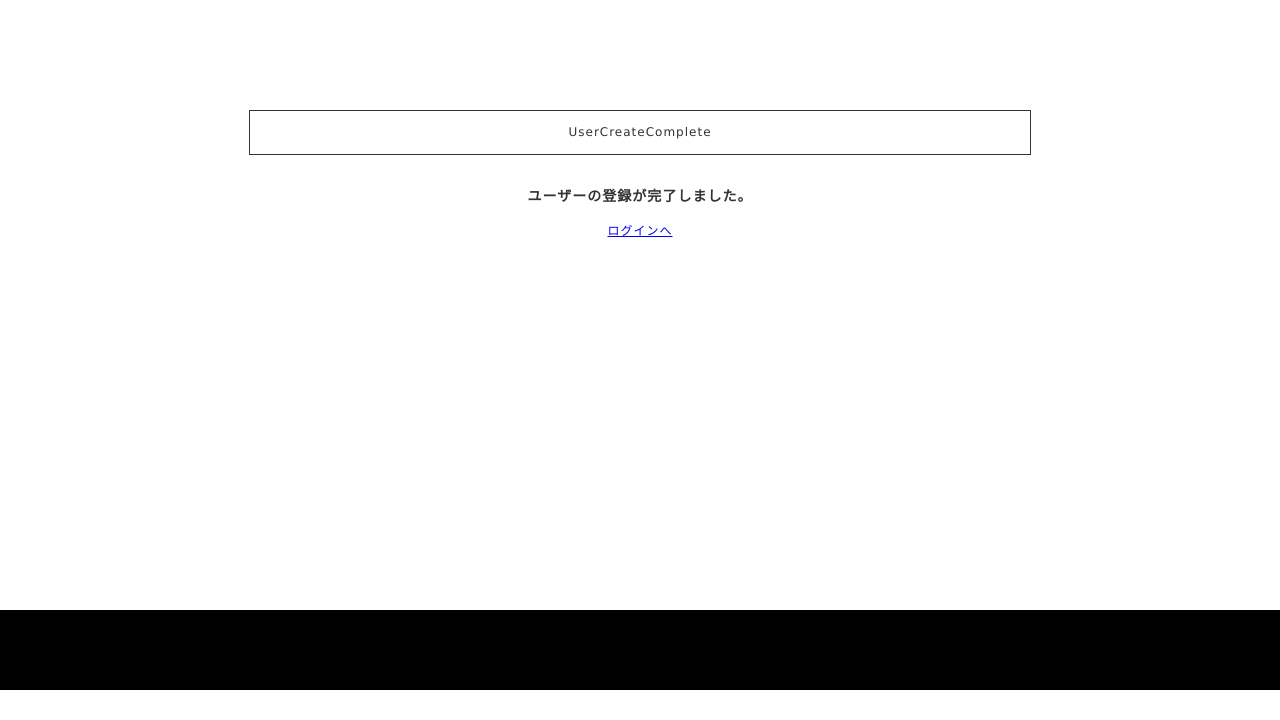
Repository: ichiharashu/test2
Page: http://localhost/template/userCreateComplete.jsp
The author's editor kept a copy of each file at every save. The page is drawn from the files as they stood at one save, then again after the next save.
The browser window is 1280 px wide. The pictures show the whole page.
The page is served by Tomcat 9. Other server files are loaded and not shown.

Above is the page before, as saved 2019-01-07 10:33:35.

### template/WebContent/userCreateComplete.jsp
<%@ page language="java" contentType="text/html; charset=UTF-8"
    pageEncoding="UTF-8"%>
    <%@ taglib prefix="s" uri="/struts-tags"%>
<!DOCTYPE html PUBLIC "-//W3C//DTD HTML 4.01 Transitional//EN" "http://www.w3.org/TR/html4/loose.dtd">
<html>
<head>
<meta http-equiv="Content-Type" content="text/html; charset=UTF-8"/>
<meta http-equiv="Content-Style-Type" content="text/css"/>
<meta http-equiv="Content-Script-Type" content="text/javascript"/>
<meta http-equiv="imagetoolbar" content="no"/>
<meta name="descripton" content=""/>
<meta name="keywords" content=""/>

<title>UserCreateComplete画面</title>

<style type="text/css">
/*============TAG LAYOUT=============*/
body{
margin:0;
padding:0;
line-height:1.6;
letter-spacing:1px;
font-family:Verdana,Helvetica,sans-serif;
font-size:12px;
color:#333;
background:#fff;
}

table{
text-align:center;
margin:0 auto;
}

/*===========ID LAYOUT==========*/
#top{
width:780px;
margin:30px auto;
border:1px solid #333;
}

#header{
width:100%;
height:80px;
background-color:black:
}

#main{
width:100%;
height:500px;
text-align:center;
}

#footer{
width:100%;
height:80px;
background-color:black;
clear:both;
}

</style>
</head>

<body>

<div id="header">
<div id="pr">
</div>
</div>

<div id="main">
<div id="top">
<p>UserCreateComplete</p>
</div>
<div>
<h3>ユーザーの登録が完了しました。</h3>
<div>
<a href='<s:url action="HomeAction"/>'>ログインへ</a>
</div>
</div>
</div>

<div id="footer">
<div id="pr">
</div>
</div>

</body>
</html>

After the next save:
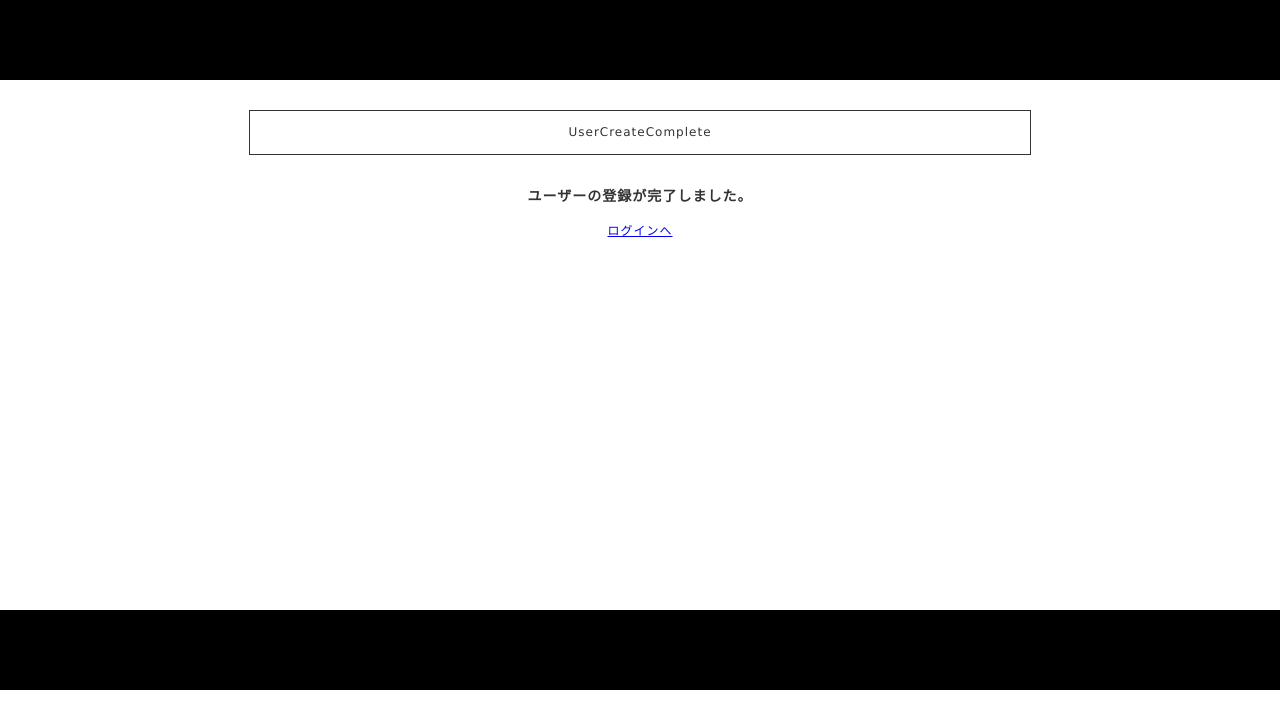
Saved 11 s later.
--- a/template/WebContent/userCreateComplete.jsp
+++ b/template/WebContent/userCreateComplete.jsp
@@ -41,7 +41,7 @@
 #header{
 width:100%;
 height:80px;
-background-color:black:
+background-color:black;
 }
 
 #main{
